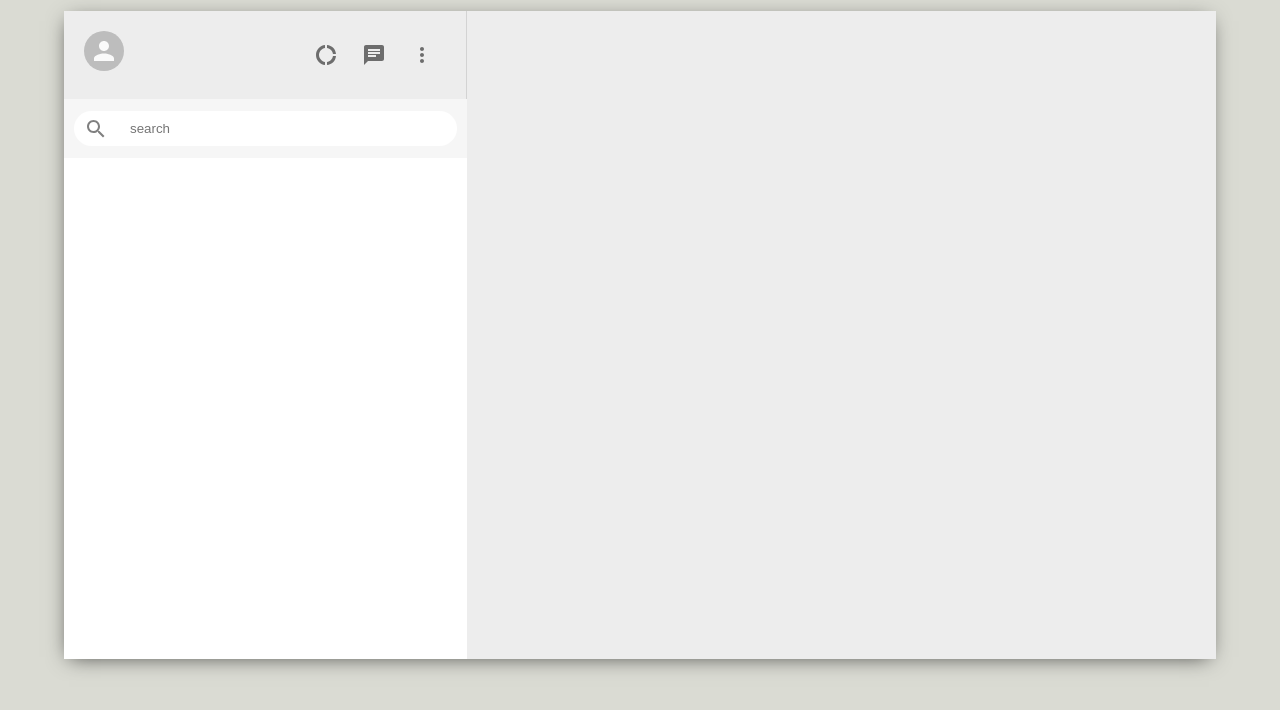
Repository: om1ars/functinal-chat
Page: /
The author's editor kept a copy of each file at every save. The page is drawn from the files as they stood at one save, then again after a run of saves.
The browser window is 1280 px wide. The pictures show the whole page.
The project was rebuilt for these pictures with package versions that can differ from the ones it lists, and the page was loaded fresh each time. Also part of the build but not shown: src/components/SidebarChat.css.

Above is the page before, as saved 2021-11-22 14:12:03.

### src/App.js
import "./App.css";
import Sidebar from "./components/Sidebar";

function App() {
  return (
    <div className="app">
      <div className="app__body">
        <Sidebar />
      </div>
    </div>
  );
}

export default App;

### src/App.css
.app {
  background-color: #dadbd3;
  height: 100vh;
  display: grid;
  place-items: center;
}
.app__body {
  display: flex;
  width: 90vw;
  background-color: #ededed;
  margin-top: -50px;
  box-shadow: -1px 4px 20px -6px rgba(0, 0, 0, 0.7);
  height: 90vh;
}

### src/components/Sidebar.js
import React from "react";
import "./Sisdebar.css";
import { Avatar, IconButton } from "@material-ui/core";
import { DonutLarge, Chat, MoreVert, SearchOutlined } from "@material-ui/icons";
import SidebarChat from "./SidebarChat";
function Sidebar() {
  return (
    <div className="sidebar">
      <div className="sidebar__header">
        <Avatar />
        <div className="sidebar__headerRight">
          <IconButton>
            <DonutLarge />
          </IconButton>
          <IconButton>
            <Chat />
          </IconButton>
          <IconButton>
            <MoreVert />
          </IconButton>
        </div>
      </div>
      <div className="sidebar__search">
        <div className="sidebar__searchContainer">
          <SearchOutlined />
          <input placeholder="search" type="text" />
        </div>
      </div>
      <div className="sidebar__chats">
        <SidebarChat addNewChat />
      </div>
    </div>
  );
}

export default Sidebar;

### src/components/Sisdebar.css
.sidebar__header {
  display: flex;
  justify-content: space-between;
  padding: 20px;
  border-right: 1px solid lightgray;
}
.sidebar {
  flex: 0.35;
  display: flex;
  flex-direction: column;
}
.sidebar__headerRight {
  display: flex;
  align-items: center;
  justify-content: space-between;
  min-width: 10vw;
}

.sidebar__headerRight > .MuiSvgIcon-root {
  margin-right: 2vw;
  font-size: 24px !important;
}
.sidebar__search {
  display: flex;
  align-items: center;
  background-color: #f6f6f6;
  height: 39px;
  padding: 10px;
}
.sidebar__searchContainer {
  display: flex;
  align-items: center;
  background-color: white;
  width: 100%;
  height: 35px;
  border-radius: 25px;
}
.sidebar__searchContainer > input {
  border: none;
  margin-left: 10px;
  outline: none;
}
.sidebar__searchContainer > .MuiSvgIcon-root {
  color: gray;
  padding: 10px;
}

.sidebar__chats {
  flex: 1;
  background-color: white;
  overflow: scroll;
}

### src/components/SidebarChat.js
import { Avatar } from "@material-ui/core";
import React, { useEffect, useState } from "react";
import "./SidebarChat.css";

export default function SidebarChat({addNewChat}) {
  const [seed, setSeed] = useState("");

  useEffect(() => {
    setSeed(Math.floor(Math.random() * 5000));
  }, []);
  return !addNewChat ?  (
    <div className="sidebarChat">
      <Avatar src={`https://avatars.dicebear.com/api/human/${seed}.svg`} />
      <div className="sidebarChat__info">
        <h2>Room name</h2>
        <p>Last message...</p>
      </div>
    </div>
  ) : (
      <div>
          <h2></h2>
      </div>
  );
}

Loaded but not shown: public/index.html (common file); src/index.js (common file); src/index.css (common file)

After the next 3 saves:
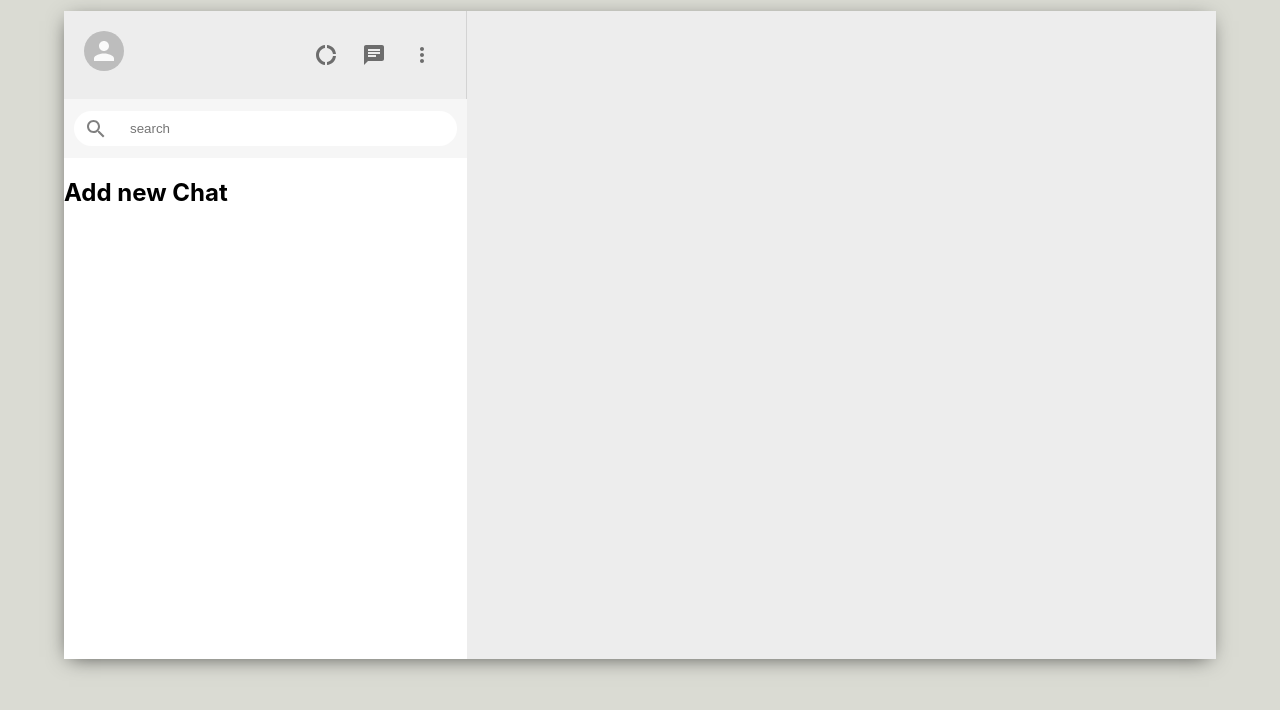
The 3 saves are shown as one change because they came seconds apart.
The last was saved 9 s later.
--- a/src/components/SidebarChat.js
+++ b/src/components/SidebarChat.js
@@ -2,13 +2,13 @@ import { Avatar } from "@material-ui/core";
 import React, { useEffect, useState } from "react";
 import "./SidebarChat.css";
 
-export default function SidebarChat({addNewChat}) {
+export default function SidebarChat({ addNewChat }) {
   const [seed, setSeed] = useState("");
 
   useEffect(() => {
     setSeed(Math.floor(Math.random() * 5000));
   }, []);
-  return !addNewChat ?  (
+  return !addNewChat ? (
     <div className="sidebarChat">
       <Avatar src={`https://avatars.dicebear.com/api/human/${seed}.svg`} />
       <div className="sidebarChat__info">
@@ -17,8 +17,8 @@ export default function SidebarChat({addNewChat}) {
       </div>
     </div>
   ) : (
-      <div>
-          <h2></h2>
-      </div>
+    <div>
+      <h2>Add new Chat</h2>
+    </div>
   );
 }
